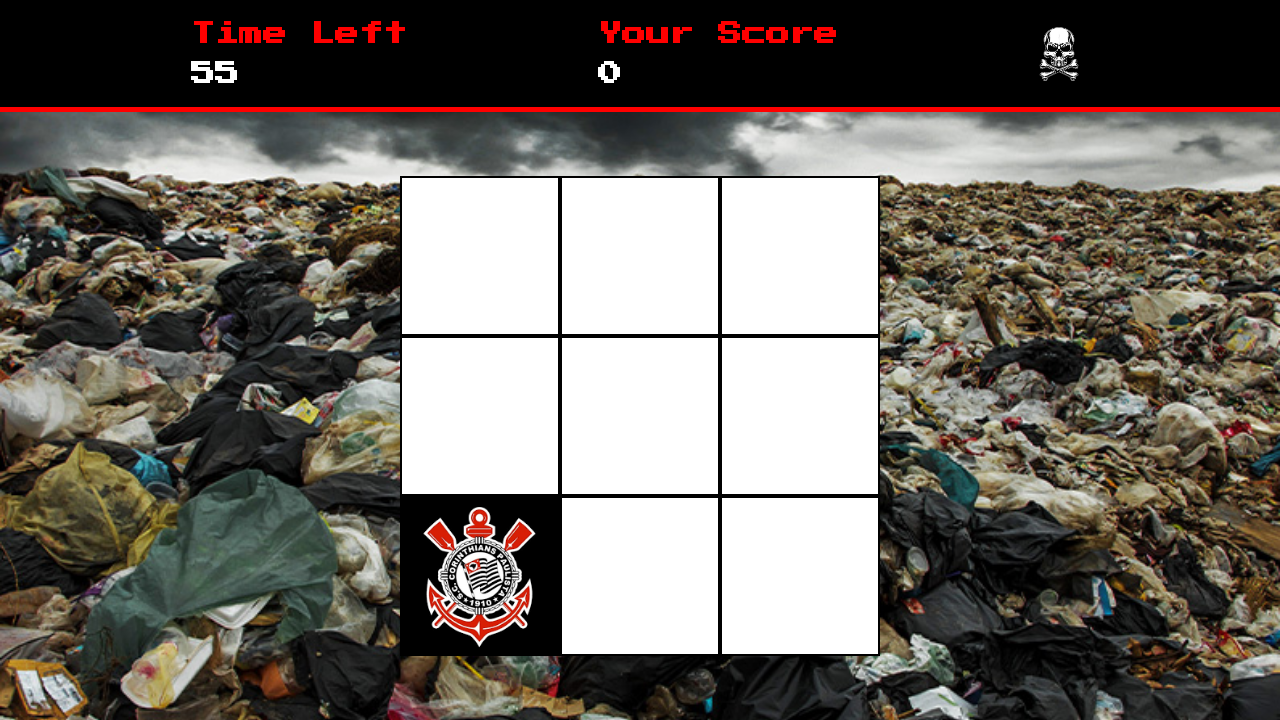
Repository: saulobeltrame/jogo-corinthians
Page: index.html
An editor plug-in stored every save of this project. The page is shown before and after the next save, followed by the edit.
The browser window is 1280 px wide. The pictures show the whole page.
Some web fonts or font styles are not loaded; a fallback is used.

Above is the page before, as saved 2024-11-20 22:33:16.

After the next save:
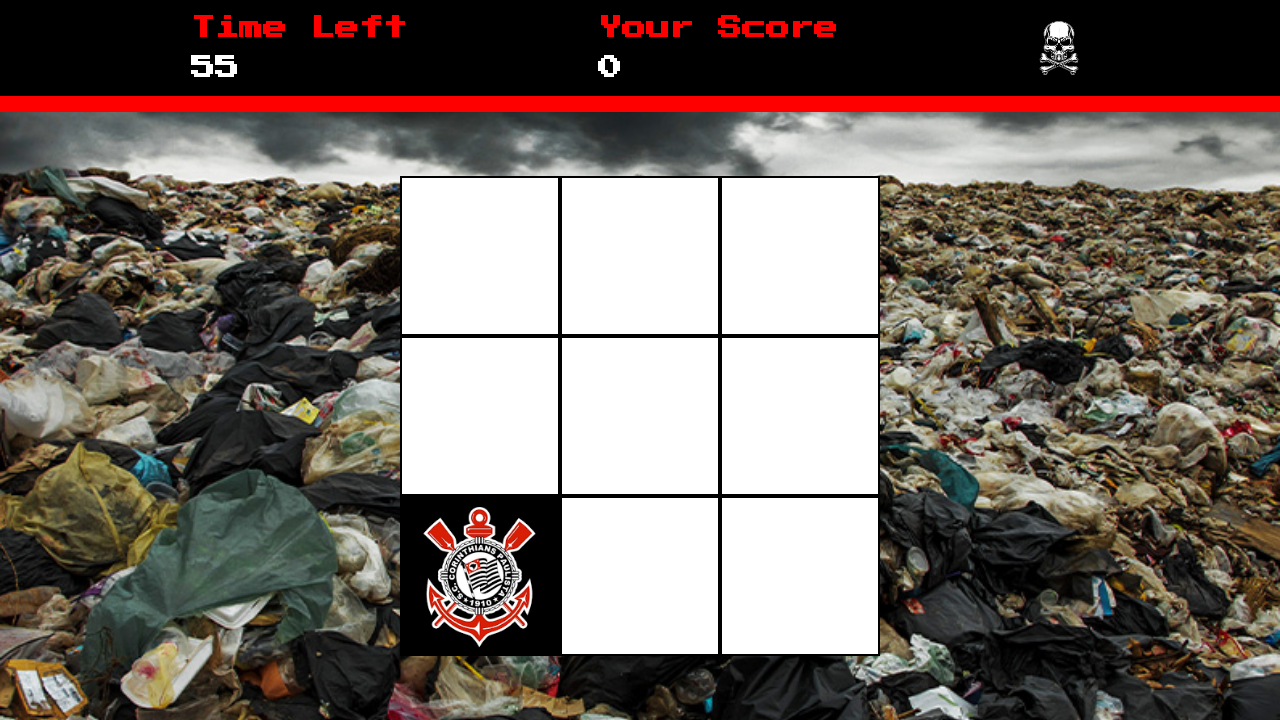
Saved 12 s later.
--- a/src/styles/main.css
+++ b/src/styles/main.css
@@ -18,7 +18,7 @@
     width: 100%;
     background-color: #000000;
     color:rgb(255, 255, 255);
-    border-bottom: 5px solid #ff0000;
+    border-bottom: 1rem solid #ff0000;
 }
 .panel{
     display: flex;
